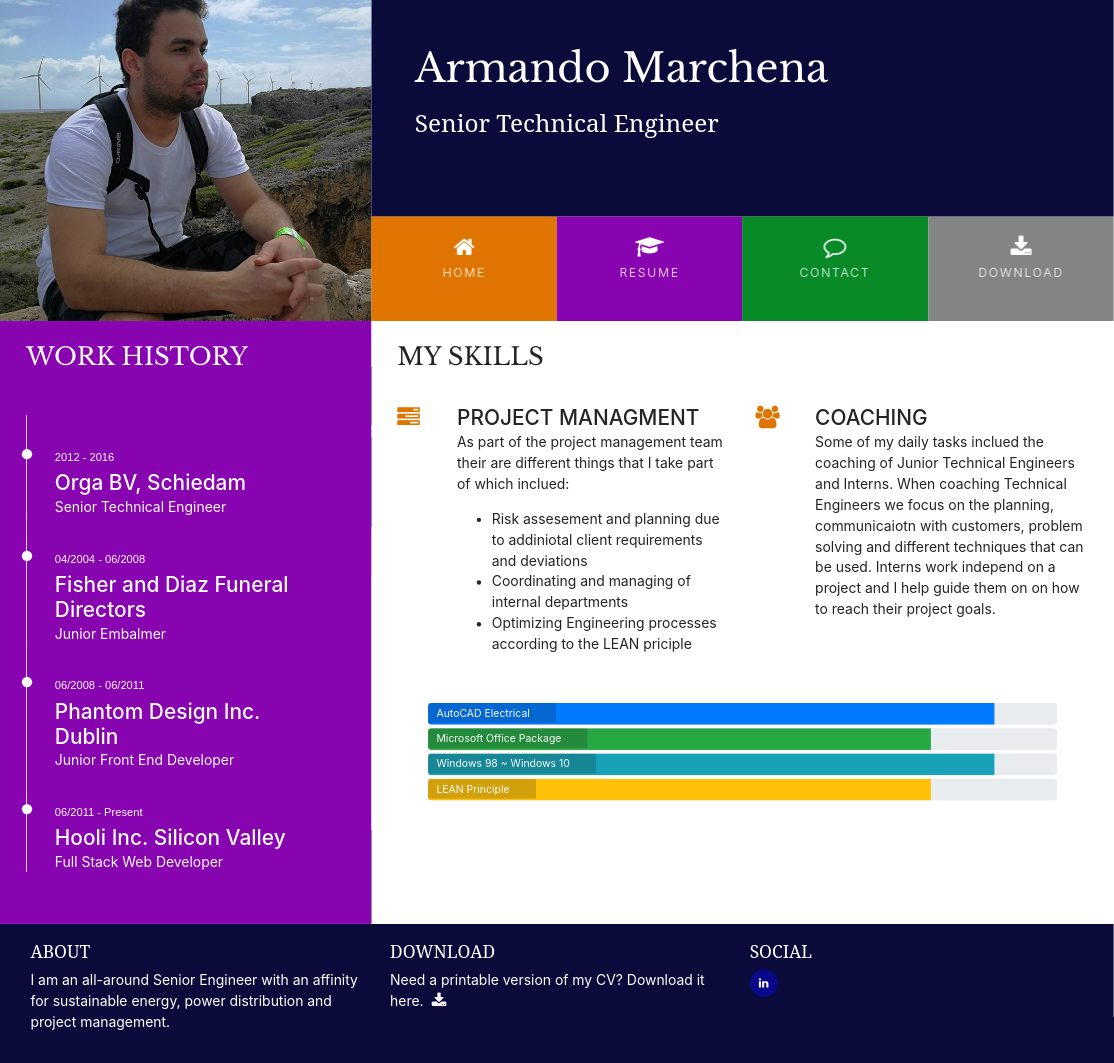
Repository: dugudugu/Resume-A-Marchena
Page: resume.html
The author's editor kept a record of every edit. The page is drawn from the files as they stood at one moment, then again after the next edit.
The browser window is 1280 px wide. The pictures show the whole page, at 87% of full size.

Above is the page before.

### resume.html
<!DOCTYPE html>
<html lang="en">

<head>
    <meta charset="UTF-8">
    <meta name="viewport" content="width=device-width, initial-scale=1.0">
    <meta http-equiv="X-UA-Compatible" content="ie=edge">
    <link rel="stylesheet" href="https://stackpath.bootstrapcdn.com/bootstrap/4.3.1/css/bootstrap.min.css" type="text/css" />
    <link rel="stylesheet" href="https://stackpath.bootstrapcdn.com/font-awesome/4.7.0/css/font-awesome.min.css" type="text/css" />
    <link rel="stylesheet" href="https://cdnjs.cloudflare.com/ajax/libs/hover.css/2.3.1/css/hover-min.css" type="text/css" />
    <link rel="stylesheet" href="assets/css/style.css" />
    <title>A. Marchena</title>
</head>

<body>

    <header>
        <div class="row no-gutters">
            <a href="index.html" class="col-md-4 logo"></a>

            <div class="col-md-8">
                <div class="row bg-color-name-title no-gutters">
                    <div class="col heading">
                        <h1 class="name"> Armando Marchena </h1>
                        <h2 class="title"> Senior Technical Engineer </h2>
                    </div>
                </div>

                <div class="row no-gutters">
                    <div class="col">
                        <ul id="nav" class="list-inline menucontainer">
                            <li class="col-6 col-sm-3 ui-menu-color-home list-inline-item menuitem">
                                <a href="#" class="hvr-sweep-to-bottom"><i class="fa fa-home" aria-hidden="true"></i><span>Home</span></a>
                            </li>
                            <li class="col-6 col-sm-3 ui-menu-color-resume list-inline-item menuitem">
                                <a href="#" class="hvr-sweep-to-bottom"><i class="fa fa-graduation-cap" aria-hidden="true"></i><span>Resume</span></a>
                            </li>
                            <li class="col-6 col-sm-3 ui-menu-color-contact list-inline-item menuitem">
                                <a href="#" class="hvr-sweep-to-bottom"><i class="fa fa-comment-o" aria-hidden="true"></i><span>Contact</span></a>
                            </li>
                            <li class="col-6 col-sm-3 ui-menu-color-download list-inline-item menuitem">
                                <a href="#" class="hvr-sweep-to-bottom"><i class="fa fa-download" aria-hidden="true"></i><span>Download</span></a>
                            </li>
                        </ul>
                    </div>
                </div>
            </div>
        </div>
    </header>

    <section class="container-fluid">
        <div class="row">
            <div class="col-md-4 bg-color-work-history section-column">
                <div class="row">

                    <div class="col-12">
                        <h3 class="history-heading uppercase">
                            Work History
                        </h3>
                    </div>
                </div>
                <div class="history-items">
                    <div class="timeline-item" data-dates="2012 - 2016">
                        <h4>Orga BV, Schiedam</h4>
                        <p>Senior Technical Engineer</p>
                    </div>
                    <div class="timeline-item" data-dates="04/2004 - 06/2008">
                        <h4>Fisher and Diaz Funeral Directors</h4>
                        <p>Junior Embalmer</p>
                    </div>
                    <div class="timeline-item" data-dates="06/2008 - 06/2011">
                        <h4>Phantom Design Inc. Dublin</h4>
                        <p>Junior Front End Developer</p>
                    </div>
                    <div class="timeline-item" data-dates="06/2011 - Present">
                        <h4>Hooli Inc. Silicon Valley</h4>
                        <p>Full Stack Web Developer</p>
                    </div>
                </div>

            </div>
            <div class="col-md-8 bg-color-three-reasons section-column">

                <div class="row">
                    <div class="col">
                        <h3 class="section-heading uppercase">My Skills</h3>
                    </div>
                </div>

                <div class="row">
                    <div class="col-10 offset-1 offset-sm-0 col-sm-4 col-md-6">
                        <div class="row">
                            <div class="col-2">
                                <i class="three-reasons-icon fa fa-tasks" aria-hidden="true"></i>
                            </div>
                            <div class="col-10">
                                <h4 class="three-reasons-heading uppercase">Project Managment</h4>
                                <p>
                                    As part of the project management team their are different things that I take part of which inclued:
                                    <ul>
                                        <li>Risk assesement and planning due to addiniotal client requirements and deviations</li>
                                        <li>Coordinating and managing of internal departments</li>
                                        <li>Optimizing Engineering processes according to the LEAN priciple</li>
                                    </ul>
                                </p>
                            </div>
                        </div>
                    </div>

                    <div class="col-10 offset-1 offset-sm-0 col-sm-4 col-md-6">
                        <div class="row">
                            <div class="col-2">
                                <i class="three-reasons-icon fa fa-users" aria-hidden="true"></i>
                            </div>
                            <div class="col-10">
                                <h4 class="three-reasons-heading uppercase">Coaching</h4>
                                <p>
                                    Some of my daily tasks inclued the coaching of Junior Technical Engineers and Interns. When coaching Technical Engineers we focus on the planning, communicaiotn with customers, problem solving and different techniques that can be used. Interns work independ
                                    on a project and I help guide them on on how to reach their project goals.
                                </p>
                            </div>
                        </div>
                    </div>

                </div>

                <div class="row progress-section">
                    <div class="col">
                        <div class="progress">
                            <div class="progress-bar" role="progressbar" aria-valuenow="90" aria-valuemin="0" aria-valuemax="100" style="width:90%;">
                                <span class="sr-only">90% complete</span>
                            </div>
                            <span class="progress-type">AutoCAD Electrical</span>
                        </div>
                        <div class="progress">
                            <div class="progress-bar bg-success" role="progressbar" aria-valuenow="80" aria-valuemin="0" aria-valuemax="100" style="width:80%;">
                                <span class="sr-only">80% complete</span>
                            </div>
                            <span class="progress-type">Microsoft Office Package</span>
                        </div>
                        <div class="progress">
                            <div class="progress-bar bg-info" role="progressbar" aria-valuenow="90" aria-valuemin="0" aria-valuemax="100" style="width:90%;">
                                <span class="sr-only">90% complete</span>
                            </div>
                            <span class="progress-type">Windows 98 ~ Windows 10</span>
                        </div>
                        <div class="progress">
                            <div class="progress-bar bg-warning" role="progressbar" aria-valuenow="80" aria-valuemin="0" aria-valuemax="100" style="width:80%;">
                                <span class="sr-only">80% complete</span>
                            </div>
                            <span class="progress-type">LEAN Principle</span>
                        </div>
                    </div>
                </div>
            </div>
        </div>



    </section>

    <footer class="container-fluid">
        <div id="footer-details" class="row">
            <div class="col-sm-4">
                <h5 class="uppercase general-sub">About</h5>
                <p class="inline-block">
                    I am an all-around Senior Engineer with an affinity for sustainable energy, power distribution and project management.
                </p>
            </div>
            <div class="col-sm-4">
                <h5 class="uppercase general-sub">Download</h5>
                <p class="inline-block">
                    Need a printable version of my CV? Download it here.
                    <a href="#" target="_blank" class="cv-pdf">
                        <i class="fa fa-download" aria-hidden="true"></i>
                        <span class="sr-only">Download link.</span>
                        </a>
                </p>
            </div>
            <div class="col-sm-4">
                <h5 class="uppercase general-sub">Social</h5>
                <ul class="list-inline social-links">
                    <li class="list-inline-item">
                        <a target="_blank" href="#">
                            <i class="fa fa-linkedin" aria-hidden="true"></i>
                        <span class="sr-only">LinkedIn</span>
                        </a>
                    </li>
                </ul>
            </div>
        </div>
    </footer>


</body>


</html>

### assets/css/style.css
@import url('https://fonts.googleapis.com/css?family=Noto+Serif:100,200,300,400,500,600,700|Libre+Baskerville:100,200,300,400,500,600,700');

/*------------------------------------------Colors */

.bg-color-name-title {
    background-color: #0B0B3B;
}

.bg-color-three-reasons {
    background-color: #fff;
}

.bg-color-personal-info {
    background-color: #f4f4f4;
}

.bg-color-work-history {
    background-color: #8904B1;
}

.ui-menu-color-home {
    background-color: #DF7401;
}

.ui-menu-color-resume {
    background-color: #8904B1;
}

.ui-menu-color-contact {
    background-color: #088A29;
}

.ui-menu-color-download {
    background-color: #848484;
}


/*------------------------------------------Special  */

h1,
h2,
h3,
h4 {
    margin: 0;
}

.uppercase {
    text-transform: uppercase;
}

.general-sub {
    font-family: "Noto Serif", sans-serif;
    font-weight: 300;
    color: #fff;
}

.inline-block {
    display: inline-block;
}

.row-table {
    display: table;
}

.section-column {
    display: table-cell;
    padding: 0 30px 30px;
    float: none;
}

.history-heading,
.section-heading {
    font-family: "Libre Baskerville";
    font-weight: 300;
    margin-top: 25px;
    margin-bottom: 40px;
}

/*------------------------------------------Heading */

header {
    margin: 0;

}

.heading {
    margin-left: 50px;
}

.logo {
    background: url("../images/A. Marchena.jpg");
    background-position: center;
    background-repeat: no-repeat;
    background-size: cover;
    min-height: 360px;
    transition: all .5s ease-in-out;
    -moz-transition: all .5s ease-in-out;
    -webkit-transition: all .5s ease-in-out;
}

.name {
    font-family: "Libre Baskerville", Noto Serif;
    font-weight: 200;
    font-size: 46px;
    margin-top: 50px;
    color: #fff;
}

.title {
    font-family: "Noto Serif", sans-serif;
    font-weight: 100;
    font-size: 28px;
    margin-top: 20px;
    margin-bottom: 90px;
    color: #fff;
}

.list-inline-item:not(:last-child) {
    margin: 0;
}

.menucontainer {
    font-size: 0;
}

#nav {
    margin: 0;
}

#nav li {
    font-size: 14px;
    padding: 0;
}

.menuitem {
    height: 120px;
    text-align: center;
    padding: 0;
}

.menuitem a {
    width: 100%;
    text-decoration: none;
    color: #fff;
    height: 120px;
}

.menuitem a i {
    padding-top: 22px;
    display: block;
    color: #fff;
    font-size: 26px;
}

.menuitem span {
    display: block;
    width: 100%;
    padding-top: 5px;
    text-align: center;
    text-transform: uppercase;
    font-size: 14px;
    font-weight: 300;
    letter-spacing: 2px;
}


/*------------------------------------------Hover.css */

.hvr-sweep-to-bottom:before {
    background-color: rgba(0, 0, 0, 0.2);
    height: 120px;
}


/*------------------------------------------Three reasons.css */

.three-reasons-icon {
    font-size: 26px;
    color: #DF7401;

}

.three-reasons-icon-heading {
    margin-bottom: 15px;
}


/*------------------------------------------Personal Info */

.personal-info-item {
    margin-bottom: 20px;
    display: block;
    clear: both;
}

.personal-info-item .key,
.personal-info-item .value {
    padding-right: 8px;
    display: inline-block;

}

.personal-info-item .key p,
.personal-info-item .value p {
    margin: 0;

}

.personal-info-item .key {
    width: 30%;
    margin-right: 21px;
    padding-top: 2px;
    vertical-align: top;
}

.personal-info-item .key p {
    font-weight: 700;
}

.personal-info-item .value {
    position: relative;
    width: 60%;
}



/*------------------------------------------Footer */

footer {
    background: #0B0B3B;
    color: #fff;
    min-height: 120px;
    margin: 0;
}

.cv-pdf i {
    font-size: 18px;
    color: #fafafa;
    text-align: center;
    padding-left: 5px;
    transition: all 0.35s ease-in-out;
    -moz-transition: all 0.35s ease-in-out;
    -webkit-transition: all 0.35s ease-in-out;
    -o-transition: all 0.35s ease-in-out;
}

.cv-pdf i:hover {
    color: #e84610;
}

.social-links {
    padding-bottom: 15px;
}

.social-links li a i {
    width: 32px;
    height: 32px;
    padding: 12px 0;
    border-radius: 50%;
    font-size: 13px;
    line-height: 7px;
    text-align: center;
    color: #fafafa;
    background-color: #08088A;
    transition: all 0.35s ease-in-out;
    -moz-transition: all 0.35s ease-in-out;
    -webkit-transition: all 0.35s ease-in-out;
    -o-transition: all 0.35s ease-in-out;
}

.social-links li a i:hover {
    background-color: #e84610;
}

#footer-details {
    padding: 20px;
}


/*------------------------------------------Skills */

.progress {
    position: relative;
    height: 25px;
    margin-bottom: 4px;
}

.progress-type {
    position: absolute;
    left: 0px;
    font-weight: 400;
    padding: 3px 30px 2px 10px;
    color: #fafafa;
    background-color: rgba(25, 25, 25, 0.2);
}

.progress-section {
    margin: 40px 20px;
}

/*------------------------------------------Work History */

.history-heading {
    color: #fafafa;
    margin-bottom: 50px;
}

.timeline-item {
    padding: 4em 2em 0em 2em;
    position: relative;
    color: #fafafa;
    border-left: 1px solid;
}

.timeline-item p {
    padding: 0;
    margin: 0;
}

.timeline-item:before {
    content: attr(data-dates);
    position: absolute;
    left: 2.5em;
    top: 3em;
    display: block;
    font-family: "Exo", sans-serif;
    font-weight: 500;
    font-size: 0.8em;
    padding: 0;
    margin: 0;
}

.timeline-item:after {
    width: 12px;
    height: 12px;
    display: block;
    top: 2.4em;
    position: absolute;
    left: -6px;
    border-radius: 12px;
    content: '';
    background: #fafafa;
}

.history-items {
    margin-bottom: 30px;
}

After the next edit:
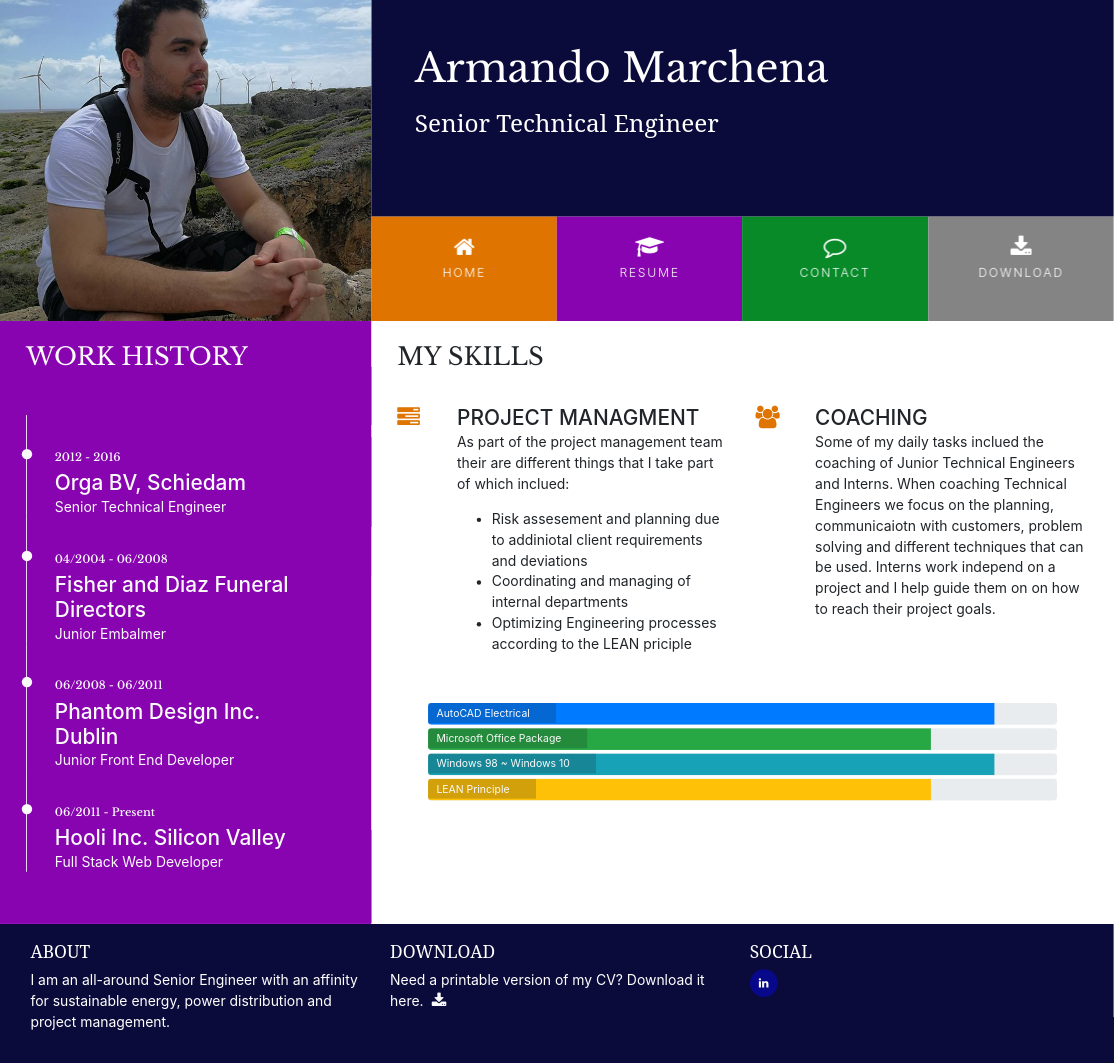
The edit:
--- a/assets/css/style.css
+++ b/assets/css/style.css
@@ -323,7 +323,7 @@
     left: 2.5em;
     top: 3em;
     display: block;
-    font-family: "Exo", sans-serif;
+    font-family: "Libre Baskerville", Noto Serif;
     font-weight: 500;
     font-size: 0.8em;
     padding: 0;
